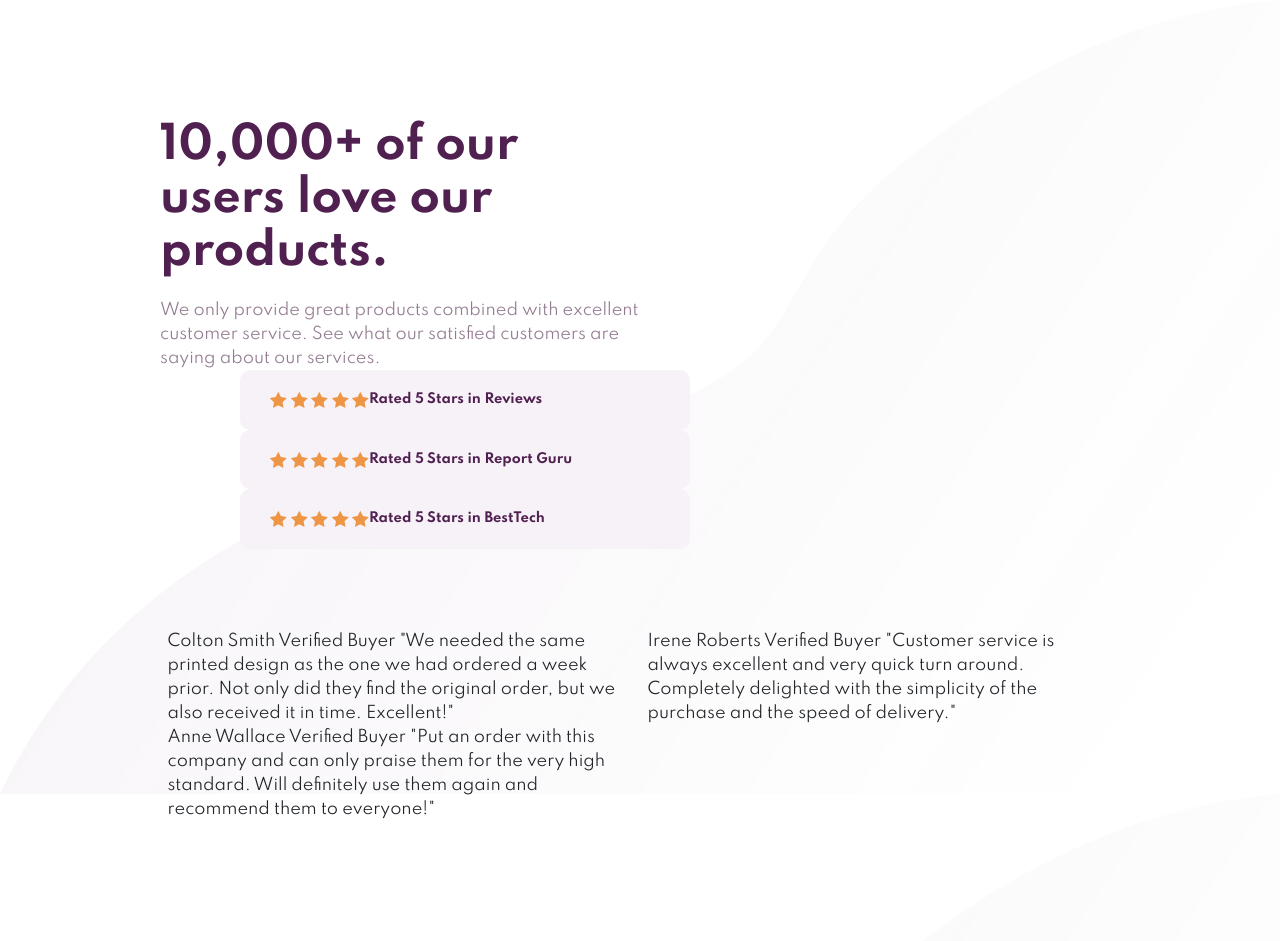
Repository: metehankasapp/social-proof-section-master
Page: index.html
These files come from the project's save history. The page is drawn as it stood at one moment and after the next save; the edit follows.
The browser window is 1280 px wide. The pictures show the whole page.
Some web libraries are served in a nearby version.

Above is the page before, as saved 2021-12-05 08:16:31.

After the next save:
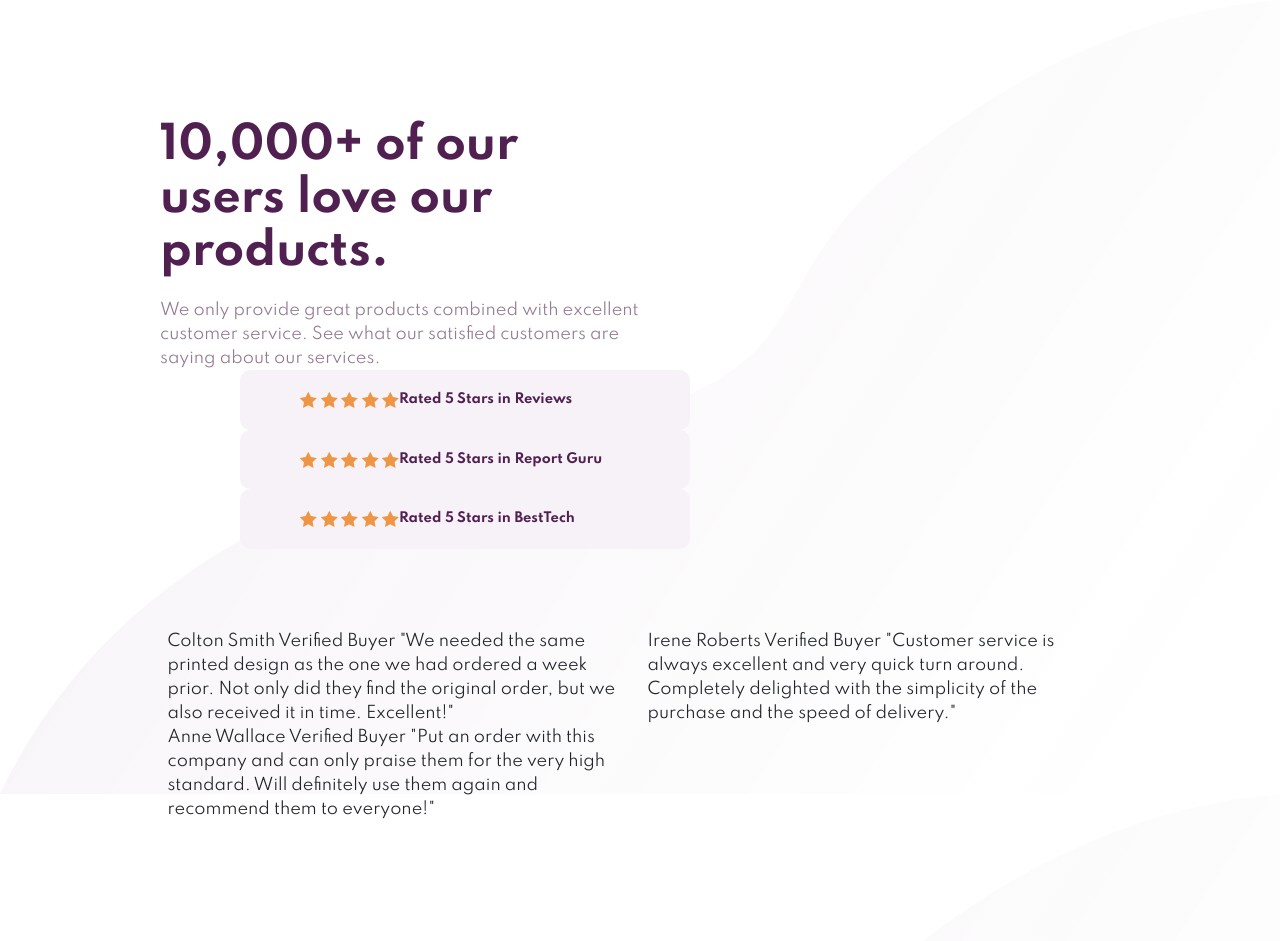
Saved 16 s later.
--- a/style.css
+++ b/style.css
@@ -62,6 +62,6 @@ body{
     margin-left: 8rem;
 }
 
-.stars p{
-    padding-top: 10px;
+.stars {
+    margin-left: 3rem;
 }
